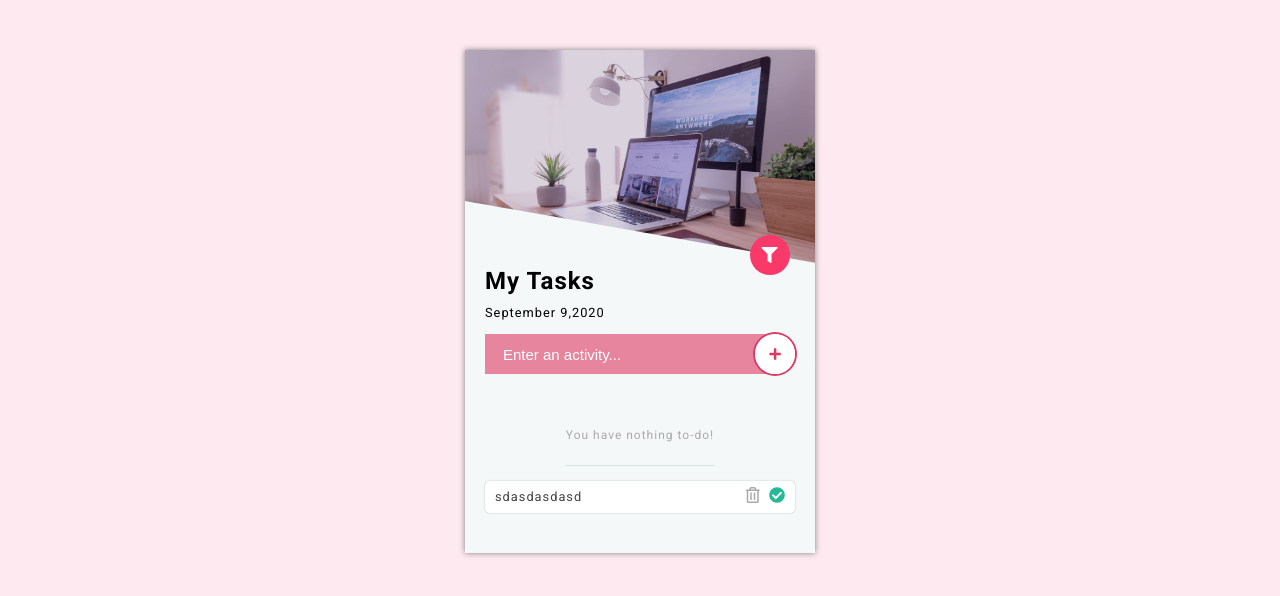
Repository: Khoi300399/BC35E_ES6-B4_MaThanhKhoi
Page: index.html
The author's editor kept a copy of each file at every save. The page is drawn from the files as they stood at one save, then again after the next save.
The browser window is 1280 px wide. The pictures show the whole page.
Some web libraries are served in a nearby version.

Above is the page before, as saved 2022-10-26 09:16:08.

### index.html
<!DOCTYPE html>
<html lang="en">
  <head>
    <meta charset="UTF-8" />
    <meta name="viewport" content="width=device-width, initial-scale=1.0" />
    <meta http-equiv="X-UA-Compatible" content="ie=edge" />
    <title>Document</title>

    <link
      href="https://fonts.googleapis.com/css?family=Roboto:300,400,700&display=swap"
      rel="stylesheet"
    />
    <link
      rel="stylesheet"
      href="https://cdnjs.cloudflare.com/ajax/libs/font-awesome/5.11.2/css/all.css"
    />

    <link rel="stylesheet" href="./css/style.css" />
  </head>

  <body>
    <div class="card">
      <div class="card__header">
        <img src="./img/X2oObC4.png" />
      </div>
      <!-- <h2>hello!</h2> -->
      <div class="card__body">
        <div class="filter-btn">
          <a id="one" href="#"><i class="fa fa-check-circle"></i></a>
          <a id="two" href="#"><i class="fa fa-sort-alpha-down"></i></a>
          <a id="three" href="#"><i class="fa fa-sort-alpha-up"></i></a>
          <a id="all" href="#"><i class="fa fa-clock"></i></a>
          <span class="toggle-btn">
            <i class="fa fa-filter"></i>
            <i class="fa fa-times"></i>
          </span>
        </div>
        <div class="card__content">
          <div class="card__title">
            <h2>My Tasks</h2>
            <p>September 9,2020</p>
          </div>
          <div class="card__add">
            <input
              id="newTask"
              type="text"
              placeholder="Enter an activity..."
            />
            <button id="addItem">
              <i class="fa fa-plus"></i>
            </button>
          </div>
          <div class="card__todo">
            <!-- Uncompleted tasks -->
            <ul class="todo" id="todo">
              <li>
                sdasdasdasd
                <div class="buttons">
                  <button>
                    <span class="remove"><i class="far fa-trash-alt"></i></span>
                  </button>
                  <button>
                    <span class="complete"
                      ><i class="far fa-check-circle"></i
                    ></span>
                  </button>
                </div>
              </li>
            </ul>
            <!-- Completed tasks -->
            <ul class="todo" id="completed">
              <li>
                sdasdasdasd
                <div class="buttons">
                  <button>
                    <a class="remove"><i class="far fa-trash-alt"></i></a>
                  </button>
                  <button>
                    <span class="complete"
                      ><i class="fas fa-check-circle"></i
                    ></span>
                  </button>
                </div>
              </li>
            </ul>
          </div>
        </div>
      </div>
    </div>

    <script
      src="https://code.jquery.com/jquery-3.4.1.js"
      integrity="sha256-WpOohJOqMqqyKL9FccASB9O0KwACQJpFTUBLTYOVvVU="
      crossorigin="anonymous"
    ></script>

    <script>
      $(function () {
        $(".toggle-btn").click(function () {
          $(".filter-btn").toggleClass("open");
        });

        $(".filter-btn a").click(function () {
          $(".filter-btn").removeClass("open");
        });
      });
    </script>
    <script type="module" src="./src/controllers/index.js"></script>
  </body>
</html>

### css/style.css
body {
  font-family: "Roboto", sans-serif;
  background-color: #fee9f0;
  font-size: 16px;
}

* {
  margin: 0;
  padding: 0;
  box-sizing: border-box;
}

.card {
  margin: 50px auto;
  background-color: #f5f8f9;
  /* height: 430px; */
  width: 350px;
  box-shadow: 0 0 6px grey;
  overflow: hidden;
  line-height: 2rem;
  letter-spacing: 1px;
}

.card__header {
  height: 215px;
  overflow: hidden;
  position: relative;
}

.card__header img {
  width: 100%;
}

.card__header::after {
  content: "";
  position: absolute;
  left: 0;
  top: 0;
  width: 100%;
  height: 100%;
  background: rgba(71, 32, 84, 0.2);
}

.card__body {
  position: relative;
}

.card__body::before {
  content: "";
  position: absolute;
  top: -35px;
  left: -50px;
  background-color: #f5f8f9;
  height: 100px;
  width: 120%;
  display: block;
  transform: rotate(10deg);
}

.card__content {
  position: relative;
  padding: 0 20px;
}

.card__title p {
  font-size: 0.8rem;
}

/* Filler Button */
.filter-btn {
  position: absolute;
  z-index: 2;
  right: 0;
  width: 40px;
  height: 40px;
  transition: all 0.4s ease-in-out 0s;
}

.filter-btn span i {
  width: 40px;
  height: 40px;
  background: #fa396b;
  display: block;
  position: absolute;
  right: 25px;
  top: -30px;
  text-align: center;
  color: #fff;
  line-height: 40px;
  border-radius: 50%;
  font-size: 1rem;
  z-index: 999;
}

span.toggle-btn:hover {
  cursor: pointer;
}

.filter-btn a {
  position: absolute;
  width: 40px;
  height: 40px;
  line-height: 40px;
  text-align: center;
  right: 25px;
  display: block;
  top: -30px;
  color: #fff;
  z-index: 99;
  font-size: 1.2rem;
  transition: all 0.4s cubic-bezier(0.68, 1, 0.265, 1);
}

.filter-btn:after {
  height: 150px;
  width: 150px;
  content: "";
  background-color: #fa396b;
  position: absolute;
  top: -86px;
  right: -35px;
  border-radius: 50%;
  transform: scale(0);
  transition: all 0.3s ease-in-out 0s;
}

.filter-btn.open span.toggle-btn i {
  background-color: #de3963;
}

.filter-btn .fa-times {
  display: none;
}

.filter-btn .fa-filter {
  display: block;
}

.filter-btn.open .fa-times {
  display: block;
}

.filter-btn.open .fa-filter {
  display: none;
}

.open:after {
  transform: scale(1);
}

.filter-btn.open a:nth-child(1) {
  transform: translate(9px, -48px);
}

.filter-btn.open a:nth-child(2) {
  transform: translate(-42px, -26px);
}

.filter-btn.open a:nth-child(3) {
  transform: translate(-39px, 29px);
}

.filter-btn.open a:nth-child(4) {
  transform: translate(6px, 52px);
}

/* Add */
.card__add {
  /* background: #DE3963; */
  display: flex;
  position: relative;

  margin-top: 5px;
}
.card__add input {
  width: 100%;
  height: 40px;
  /* float: left; */
  color: #fff;
  font-size: 15px;
  font-weight: 400;
  text-indent: 18px;
  /* padding: 0 60px 0 0; */
  background: rgba(222, 57, 99, 0.6);
  /* border-radius: 3px; */
  border-top-right-radius: 25px;
  border-bottom-right-radius: 25px;
  border: 0px;
  box-shadow: none;
  outline: none;
}

.card__add input::placeholder {
  color: #fff;
}

.card__add button {
  border: none;
  border-radius: 50%;
  position: absolute;
  top: 0;
  right: 0;
  /* width: 40px;
  height: 40px; */
  box-shadow: 0 0 0 2px rgba(222, 57, 99);
  cursor: pointer;
  outline: none;
}
.card__add i {
  width: 40px;
  height: 40px;
  border-radius: 25px;
  background: #fff;
  line-height: 40px;
  color: #de3963;
}

/* Todo list */
ul.todo {
  list-style: none;
}
ul.todo li {
  display: flex;
  justify-content: space-between;
  width: 100%;
  min-height: 30px;
  font-size: 0.8rem;
  font-weight: 500;
  color: #444;
  background: #fff;
  border-radius: 5px;
  box-shadow: 0px 0px 2px rgba(44, 62, 80, 0.3);
  margin: 0 0 10px 0;
  padding: 0 10px;
  word-break: break-word;
}

ul.todo#todo {
  padding-top: 30px;
}
ul.todo#completed {
  position: relative;
  padding: 30px 0;
}

ul.todo#completed:before {
  content: "";
  width: 150px;
  height: 1px;
  background: #d8e5e0;

  position: absolute;
  top: 14px;
  left: 50%;

  margin: 0 0 0 -75px;
}

ul.todo#todo:empty:after {
  content: "You have nothing to-do!";
  margin: 15px 0 0 0;
}

ul.todo#completed:empty:after {
  content: "You have yet to complete any tasks.";
}

ul.todo#todo:after,
ul.todo#completed:after {
  width: 100%;
  display: block;
  text-align: center;
  font-size: 12px;
  color: #aaa;
}

ul.todo li .buttons button {
  background: none;
  border: 0px;
  box-shadow: none;
  outline: none;
  cursor: pointer;
  position: relative;
  padding: 5px 0 5px 5px;
  font-size: 1rem;
}
ul.todo li .buttons .remove {
  color: #aaa;
}
ul.todo li .buttons .remove:hover {
  color: #fa396b;
}

ul.todo li .buttons .complete {
  color: #aaa;
}

ul.todo li .buttons .complete:hover {
  color: #25b99a;
}

ul.todo#todo li .buttons .complete .fas {
  display: none;
}

ul.todo#todo li .buttons .complete .far {
  display: block;
}

ul.todo#completed li .buttons .complete .fas {
  display: block;
  color: #25b99a;
}

ul.todo#completed li .buttons .complete .far {
  display: none;
}

ul.todo#completed span {
  color: #25b99a;
}

### src/controllers/index.js
import { CompletedList } from "../models/CompletedList.js";
import { TodoList } from "../models/TodoList.js";

let arrTodo = new TodoList();
arrTodo.getLocalStorage();
arrTodo.renderUI("#todo");
let arrCompleted = new CompletedList();
arrCompleted.getLocalStorage();
arrCompleted.renderUI;

document.querySelector("#addItem").onclick = function () {
  var newTodo = document.querySelector("#newTask").value;
  arrTodo.addTodo(newTodo);
  console.log(arrTodo);
  arrTodo.saveLocalStorage();
  arrTodo.renderUI("#todo");
};

window.remove = (index) => {
  arrTodo.deleteTodo(index);
  arrTodo.saveLocalStorage();
  arrTodo.renderUI("#todo");
};

window.complete = (index) => {};

### src/models/CompletedList.js
export class CompletedList {
  arrCompleted = [];

  addCompleted(newCompleted) {
    this.arrCompleted.push(newCompleted);
  }
  deleteCompleted(index) {
    if (index !== -1) {
      this.arrCompleted.splice(index, 1);
    }
  }
  saveLocalStorage() {
    let stringArrCompleted = JSON.stringify(this.arrCompleted);
    localStorage.setItem("arrCompleted", stringArrCompleted);
  }
  getLocalStorage() {
    if (localStorage.getItem("arrCompleted")) {
      this.arrCompleted = JSON.parse(localStorage.getItem("arrCompleted"));
    }
  }
  renderUI(selector) {
    let html = this.arrCompleted.reduce((content, completed, index) => {
      return (content += `
      <li>
      ${completed}
      <div class="buttons">
        <button>
          <a class="remove"onclick="remove(${index})"><i class="far fa-trash-alt"></i></a>
        </button>
        <button>
          <span class="complete"
            ><i class="fas fa-check-circle"></i
          ></span>
        </button>
      </div>
    </li>
          `);
    }, "");
  }
}

### src/models/TodoList.js
export class TodoList {
  arrTodo = [];

  addTodo(newTodo) {
    this.arrTodo.push(newTodo);
  }
  deleteTodo(index) {
    if (index !== -1) {
      this.arrTodo.splice(index, 1);
    }
  }
  saveLocalStorage() {
    let stringArrTodo = JSON.stringify(this.arrTodo);
    localStorage.setItem("arrTodo", stringArrTodo);
  }
  getLocalStorage() {
    if (localStorage.getItem("arrTodo")) {
      this.arrTodo = JSON.parse(localStorage.getItem("arrTodo"));
    }
  }
  renderUI(selector) {
    let html = this.arrTodo.reduce((content, todo, index) => {
      return (content += `
        <li>
        ${todo}
        <div class="buttons">
          <button>
            <span class="remove" onclick="remove(${index})"><i class="far fa-trash-alt" ></i></span>
          </button>
          <button >
            <span class="complete" onclick="complete(${index})"><i class="far fa-check-circle"></i></span>
          </button>
        </div>
      </li>
        `);
    }, "");
    document.querySelector("#todo").innerHTML = html;
  }
}

After the next save:
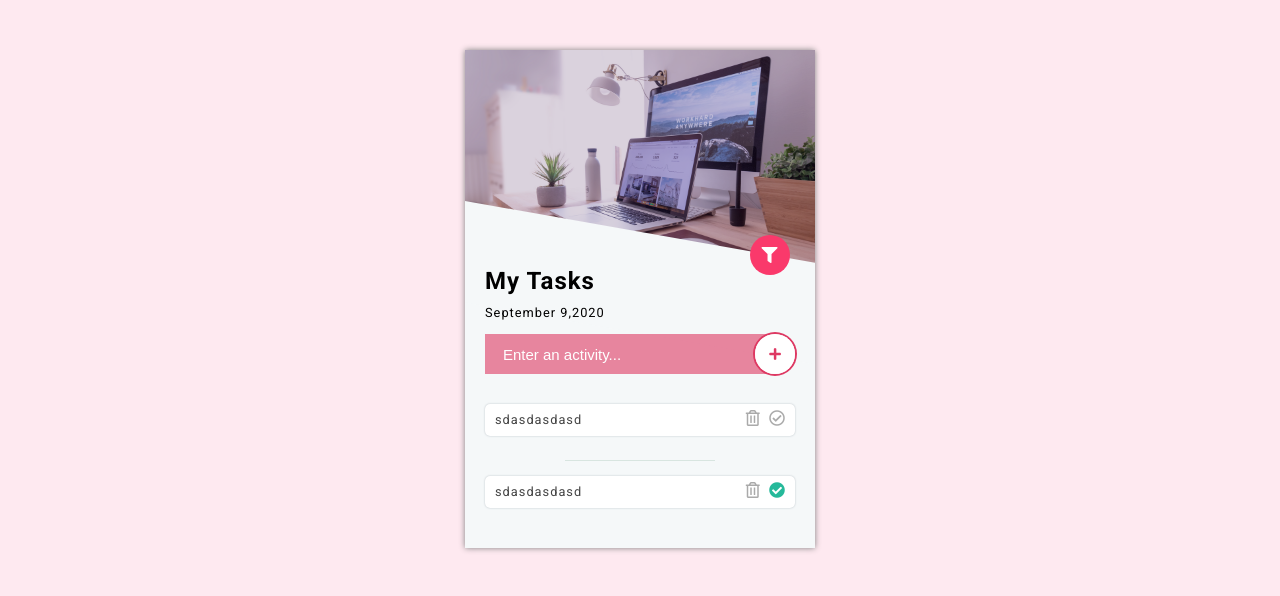
Console error: SyntaxError: Unexpected token ')'
Saved 81 s later.
--- a/src/controllers/index.js
+++ b/src/controllers/index.js
@@ -22,4 +22,10 @@
   arrTodo.renderUI("#todo");
 };
 
-window.complete = (index) => {};
+window.complete = (index) => {
+
+};
+
+window.onload= ()={
+
+}

After the 3 saves that followed:
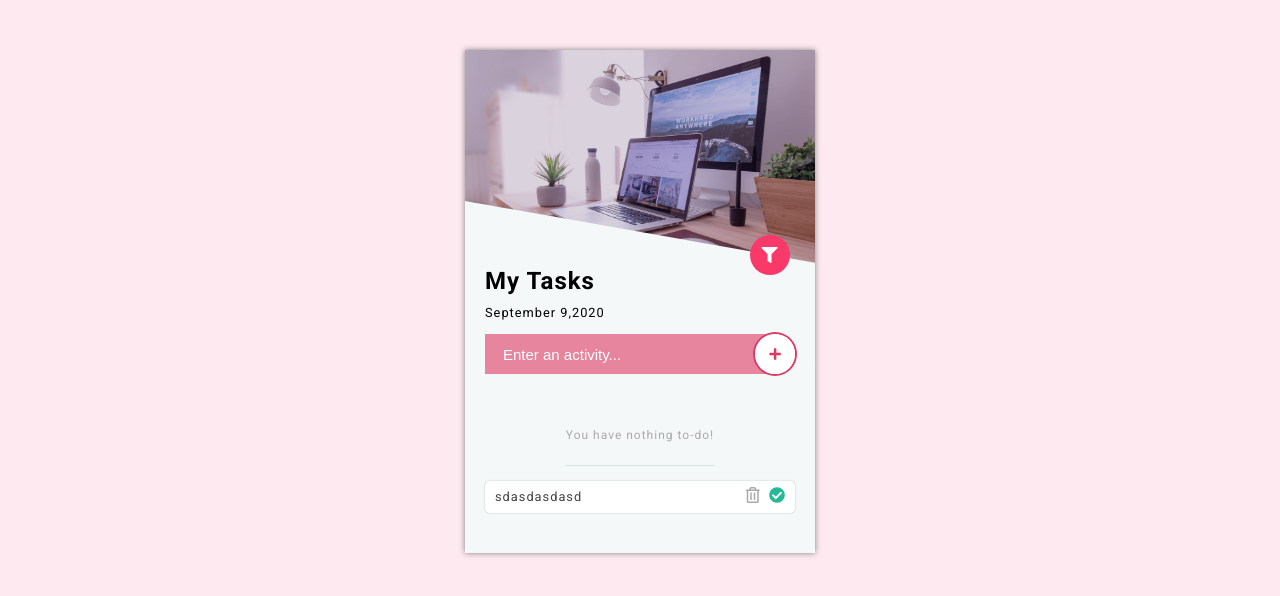
The error is gone.
The 3 saves are shown as one change because 2 left the picture as it was.
The last was saved 32 s later.
--- a/src/controllers/index.js
+++ b/src/controllers/index.js
@@ -2,11 +2,8 @@
 import { TodoList } from "../models/TodoList.js";
 
 let arrTodo = new TodoList();
-arrTodo.getLocalStorage();
-arrTodo.renderUI("#todo");
+
 let arrCompleted = new CompletedList();
-arrCompleted.getLocalStorage();
-arrCompleted.renderUI;
 
 document.querySelector("#addItem").onclick = function () {
   var newTodo = document.querySelector("#newTask").value;
@@ -22,10 +19,12 @@
   arrTodo.renderUI("#todo");
 };
 
-window.complete = (index) => {
+window.complete = (index) => {};
 
+window.onload = () => {
+  arrTodo.getLocalStorage();
+  arrTodo.renderUI("#todo");
+
+  arrCompleted.getLocalStorage();
+  arrCompleted.renderUI;
 };
-
-window.onload= ()={
-
-}
